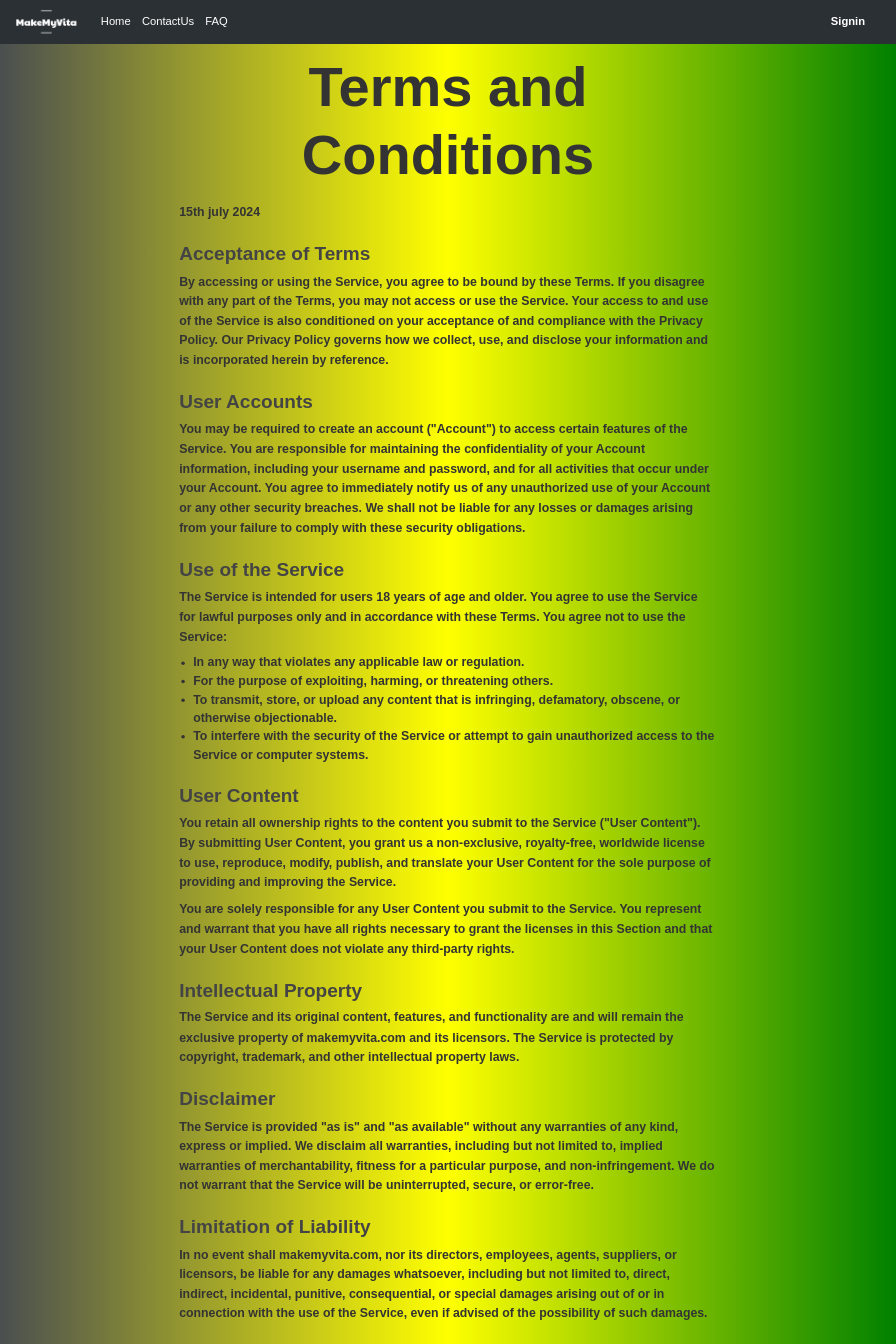
Repository: Tejaakshaykumar/MakeMyVita-Resume-Builder-Website
Page: /T&C (app in frontend/)
These files come from the project's save history. The page is drawn as it stood at one moment and after a run of saves; the edit follows.
The browser window is 1280 px wide. The pictures show the part of the page from y = 0 to 1920 px (the page is 2936 px tall), at 70% of full size.
Some web libraries are served in a nearby version. The project was rebuilt for these pictures with package versions that can differ from the ones it lists, and the page was loaded fresh each time. Also part of the build but not shown: frontend/src/App.css, frontend/src/containers/About.js, frontend/src/containers/Buildresume.js, frontend/src/containers/Images.js, frontend/src/containers/Features.js, frontend/src/containers/Review.js, frontend/src/containers/Trybox.js, frontend/src/containers/Motionbox.js and 5 more.

Above is the page before, as saved 2024-06-10 11:44:43.

### frontend/public/index.html
<!DOCTYPE html>
<html lang="en">
  <head>
    <meta charset="utf-8" />
    <link rel="icon" href="%PUBLIC_URL%/favicon.ico" />
    <meta name="viewport" content="width=device-width, initial-scale=1" />
    <meta name="theme-color" content="#000000" />
    <meta
      name="description"
      content="Web site created using create-react-app"
    />
    <link rel="apple-touch-icon" href="%PUBLIC_URL%/logo192.png" />
    <!--
      manifest.json provides metadata used when your web app is installed on a
      user's mobile device or desktop. See https://developers.google.com/web/fundamentals/web-app-manifest/
    -->
    <link rel="manifest" href="%PUBLIC_URL%/manifest.json" />
    <link rel="stylesheet" href="https://stackpath.bootstrapcdn.com/bootstrap/4.5.2/css/bootstrap.min.css">
  <link rel="stylesheet" href="https://stackpath.bootstrapcdn.com/font-awesome/4.7.0/css/font-awesome.min.css">
  <link href="https://cdn.jsdelivr.net/npm/bootstrap@5.3.3/dist/css/bootstrap.min.css" rel="stylesheet" integrity="sha384-QWTKZyjpPEjISv5WaRU9OFeRpok6YctnYmDr5pNlyT2bRjXh0JMhjY6hW+ALEwIH" crossorigin="anonymous">
  <link href="https://cdn.jsdelivr.net/npm/bootstrap-icons@1.7.2/font/bootstrap-icons.css" rel="stylesheet">
    <!--
      Notice the use of %PUBLIC_URL% in the tags above.
      It will be replaced with the URL of the `public` folder during the build.
      Only files inside the `public` folder can be referenced from the HTML.

      Unlike "/favicon.ico" or "favicon.ico", "%PUBLIC_URL%/favicon.ico" will
      work correctly both with client-side routing and a non-root public URL.
      Learn how to configure a non-root public URL by running `npm run build`.
    -->
    <title>React App</title>
  </head>
  <body>
    <noscript>You need to enable JavaScript to run this app.</noscript>
    <div id="root"></div>
    <!--
      This HTML file is a template.
      If you open it directly in the browser, you will see an empty page.

      You can add webfonts, meta tags, or analytics to this file.
      The build step will place the bundled scripts into the <body> tag.

      To begin the development, run `npm start` or `yarn start`.
      To create a production bundle, use `npm run build` or `yarn build`.
    -->
  </body>
  <script src="https://cdn.jsdelivr.net/npm/bootstrap@5.3.3/dist/js/bootstrap.bundle.min.js" integrity="sha384-YvpcrYf0tY3lHB60NNkmXc5s9fDVZLESaAA55NDzOxhy9GkcIdslK1eN7N6jIeHz" crossorigin="anonymous"></script>
</html>

### frontend/src/containers/Navbar.js
import React from 'react';
import { useNavigate } from 'react-router-dom';
import logo from '../images/HubSpot Brand Kit/Logo/PNG/main-logo-white-transparent.png';
export default function Navbar() {
  const navigate = useNavigate();
  const handleSigninClick = () => {
    navigate('/signin');
  };
  return (
    <div>

      <nav className="navbar fixed-top navbar-expand-lg bg-body-tertiary" data-bs-theme="dark" >
      <div className="container-fluid" >
        <a className="navbar-brand" href="/">
        <img src={logo} alt="Logo" style={{height:'5vh',width:'15vh',objectFit:'cover'}} />
        </a>
        <button
          className="navbar-toggler"
          type="button"
          data-bs-toggle="collapse"
          data-bs-target="#navbarSupportedContent"
          aria-controls="navbarSupportedContent"
          aria-expanded="false"
          aria-label="Toggle navigation"
        >
          <span className="navbar-toggler-icon" />
        </button>
        <div className="collapse navbar-collapse" id="navbarSupportedContent">
          <ul className="navbar-nav me-auto mb-2 mb-lg-0">
            <li className="nav-item">
              <a className="nav-link active" aria-current="page" href="/">
                Home
              </a>
            </li>
            <li className="nav-item">
              <a className="nav-link active" aria-current="page" href="#">
                ContactUs
              </a>
            </li>
            <li className="nav-item">
              <a className="nav-link active" aria-current="page" href="/FAQ">
                FAQ
              </a>
            </li>
          </ul>
          <form className="d-flex">
            <button className=" btn btn-outline-success custom-btn" type="submit" onClick={handleSigninClick}>
            &nbsp;&nbsp;&nbsp;&nbsp;&nbsp;Signin&nbsp;&nbsp;&nbsp;&nbsp;&nbsp;
            </button>
          </form>
        </div>
      </div>
    </nav>

    </div>
  );
}

### frontend/src/containers/Foot.js
import React from 'react';
import './cont.css'; // Import the CSS file

export default function Foot() {
  return (
    <footer>
      <div className="footer-container ">
        <ul className="footer-nav">
        <li className="nav-item">
            <a className="nav-link" href="/aboutus">
              ABOUT US
            </a>
          </li>
          <>|</>
          <li className="nav-item">
            <a className="nav-link" href="/T&C">
              TERMS & CONDITIONS
            </a>
          </li>
          <>|</>
        <li className="nav-item">
            <a className="nav-link" href="/privacy">
              PRIVACY POLICY
            </a>
          </li>
          <>|</>
          <li className="nav-item">
            <a className="nav-link" href="#">
              CONTACT US
            </a>
          </li>
          <>|</>
          <li className="nav-item">
            <a className="nav-link" href="/FAQ">
              FAQs
            </a>
          </li>
        </ul>
        <div class="social-icons">
        <a href="https://www.facebook.com" target="_blank" aria-label="Facebook">
          <i class="bi bi-facebook"></i>
        </a>
        <a href="https://www.instagram.com" target="_blank" aria-label="Instagram">
          <i class="bi bi-instagram"></i>
        </a>
        <a href="https://www.pinterest.com" target="_blank" aria-label="Pinterest">
          <i class="bi bi-pinterest"></i>
        </a>
        <a href="https://www.youtube.com" target="_blank" aria-label="YouTube">
          <i class="bi bi-youtube"></i>
        </a>
        <a href="https://www.linkedin.com" target="_blank" aria-label="LinkedIn">
          <i class="bi bi-linkedin"></i>
        </a>
        <a href="https://www.twitter.com" target="_blank" aria-label="Twitter">
          <i class="bi bi-twitter"></i>
        </a>
      </div>
      <div className="footer-copy">
          &copy; 2024 developed by Teja Akshay Kumar
      </div>
      </div>
    </footer>
  );
}

### frontend/src/containers/cont.css
/* navbar */
.custom-btn {
  color: white;
}
.custom-btn:hover {
  color: black;
  background-color: white;
}

.footer-container {
  height: 25vh;
  width: 100%;
  background-color: rgb(0, 0, 0);
  color: white;
  display: flex;
  flex-direction: column;
  align-items: center;
  /* padding-bottom: 3%; */
  /* justify-content: center; */
}

.footer-nav {
  display: flex;
  list-style: none;
  padding-top: 30px;
  margin: 0;
}

.footer-nav .nav-item {
  margin: 0 50px;
}

.footer-nav .nav-item .nav-link {
  color: white;
  text-decoration: none;
  /* text-transform: uppercase; */
  /* text-decoration: underline; */
}

.footer-nav .nav-item .nav-link:hover {
  text-decoration: underline;
}

.footer-copy {
  /* padding-top: 5%; */
  text-align: center;
  font-size: large;
  font-weight: 500;
  /* padding-bottom: 3%; */
}

.social-icons {
  display: flex;
  justify-content: center;
  gap: 40px;
  padding: 40px;
  /* background-color: #f0f0f0; */
}

.social-icons a {
  color: #ffffff;
  font-size: 24px;
  text-decoration: none;
}

.social-icons a:hover {
  color: #007bff;
}

/* Features */

.feature-component {
  height: 90vh;
  width: 100%;
  display: flex;
  justify-content: flex-start;
  flex-wrap: wrap;
  margin-top: 10%;
  padding-left: 8%;
  padding-right: 8%;
}
.feature {
  flex: 1 1 30%;
  box-sizing: border-box;
  padding: 20px;
  margin: 10px;
  text-align: center;
  background-color: #fff;
  border-radius: 8px;
  /* box-shadow: 0 4px 8px rgba(0, 0, 0, 0.1); */
}

.feature img {
  width: 60px;
  height:80px;
  margin-bottom: 10px;
}

.feature h3 {
  font-size: 1.5em;
  margin-bottom: 10px;
  font-weight: 500;
  font-family:'Franklin Gothic Medium', 'Arial Narrow', Arial, sans-serif;
}

.feature p {
  font-size: 1.3em;
  color: #666;
  font-weight: 400;
  font-family: 'Gill Sans', 'Gill Sans MT', Calibri, 'Trebuchet MS', sans-serif;
}

.feature:hover {
  background: linear-gradient(to right, #fd4908, #1e90ff);
  box-shadow: black;
  border-radius: 5%;
  color: rgb(255, 255, 255);
}

.feature:hover h3,
.feature:hover p {
  color: rgb(255, 255, 255);
}

/* About */
.resume-builder-container {
  display: flex;
  flex-direction: row;
  justify-content: space-between;
  align-items: center;
  padding: 10vh;
  /* background-color: #fff; */
  background: linear-gradient(to right, #84eefc, #ffffff, #ffffff);
  /* background:linear-gradient(to left, #00e1ff,#ffffff, #ffffff); */
  /* border: 1px solid #ddd; */
  /* border-radius: 8px; */
  /* box-shadow: 0 2px 4px rgba(0, 0, 0, 0.1); */
  height: 80vh;
}

.resume-builder-container1 {
  display: flex;
  flex-direction: row;
  justify-content: space-between;
  align-items: center;
  padding: 10vh;
  height: 80vh;
  background: linear-gradient(to top, #ffffff, #59CE8F,#E8F9FD, #ffffff);
}

/* .resume-builder-image {
    -webkit-mask-image: radial-gradient(circle, rgba(0, 0, 0, 1) 50%, rgba(0, 0, 0, 0) 90%);
    mask-image: radial-gradient(circle, rgba(0, 0, 0, 1) 50%, rgba(0, 0, 0, 0) 90%);
  }
   */
.resume-builder-content {
  max-width: 60%;
  padding: 10%;
}

.resume-builder-content1 {
  max-width: 70%;
  padding: 10%;
}

.resume-builder-content h1 {
  font-size: 4em;
  color: #333;
  margin-bottom: 10px;
  font-family: "Franklin Gothic Medium", "Arial Narrow", Arial, sans-serif;
  text-align: left;
}

.resume-builder-content p {
  font-size: 1.4em;
  font-weight: 400;
  color: #666;
  line-height: 1.5;
  margin-bottom: 20px;
  /* padding-left: 2%; */
  /* text-align: center; */
}

.resume-builder-content1 h1 {
  font-size: 4em;
  color: #333;
  margin-bottom: 10px;
  font-family: "Franklin Gothic Medium", "Arial Narrow", Arial, sans-serif;
  text-align: left;
}

.resume-builder-content1 p {
  font-size: 1.4em;
  font-weight: 400;
  color: #666;
  line-height: 1.5;
  margin-bottom: 20px;
  /* padding-left: 2%; */
  /* text-align: center; */
}

.aboutbutton {
  height: 6vh;
  width: 27%;
  margin-left: 20%;
  margin-top: 2%;
  text-align: center;
  font-weight: 500;
  border-radius: 7px;
  color: #ffffff;
  font-weight: 700;
  transition: background 0.3s ease;
  /* border-style:solid; */
  border-color: white;
  background: #3e14fc;
  box-shadow: 0 2px 6px rgba(24, 23, 23, 0.801);
  /* box-shadow: #3e14fc; */
}
.aboutbutton:hover {
  transition: background 0.3s ease;
  border-style: solid;
  background: linear-gradient(to right, #ffd000, #ff0000);
  box-shadow: #3e14fc;
}

.create-now-button {
  background-color: #00b0ff;
  color: #fff;
  border: none;
  padding: 10px 20px;
  font-size: 1em;
  border-radius: 5px;
  cursor: pointer;
}

.create-now-button:hover {
  background-color: #008cba;
}

.resume-builder-image {
  max-width: 40%;
}

.resume-builder-image img {
  max-width: 100%;
  height: auto;
  border-radius: 8px;
}

.text-gradient {
  background: linear-gradient(to right, #ff7f50, #1e90ff);
  -webkit-background-clip: text;
  -webkit-text-fill-color: transparent;
  background-clip: text;
  color: transparent;
}

.icon-container {
  width: 100%;
  height: 100px;
  overflow: hidden;
  white-space: nowrap;
  position: relative;
  background-color: #ffffff;
  padding-bottom: 25px;
}

.icons {
  display: inline-block;
  animation: moveIcons 40s linear infinite;
}

.icons img {
  font-size: 24px;
  margin: 0 15px; /* Add some margin between icons */
  color: #333;
  /* width: 100px; Adjust the size as needed */
  height: 50px;
}

@keyframes moveIcons {
  0% {
    transform: translateX(70%);
  }
  100% {
    transform: translateX(-100%);
  }
}

.try {
  height: 30vh;
  width: 100%;
  background-image: url("C:/Users/tejaa/Downloads/pexels-magda-ehlers-pexels-1279813.jpg");
  background-size: cover;
  align-items: center;
  display: flex;
  flex-direction: column;
  justify-content: center;
  margin-bottom: 7vh;
  margin-top: 5vh;
}

.try h2 {
  font-size: 280%;
  color: antiquewhite;
  text-shadow: 5px 5px 3px rgba(0, 0, 0, 0.3);
}
.try button {
  height: 4vh;
  width: 15%;
  font-weight: 700;
  border-radius: 5cm;
  color: blanchedalmond;
  border: #ffffff;
  background: linear-gradient(to right, #fd0808, #a51eff);
}

/* Review */
/* Styles for the main container */
/* Swiper specific styles */
/* #App {
  height: 100%;
}
html,
body {
  position: relative;
  height: 100%;
}

body {
  background: #eee;
  font-family: Helvetica Neue, Helvetica, Arial, sans-serif;
  font-size: 14px;
  color: #000;
  margin: 0;
  padding: 0;
} */
.swiper-container {
  /* position: relative; */
  height: 30vh;
  background: #ffffff;
  font-family: Helvetica Neue, Helvetica, Arial, sans-serif;
  font-size: 14px;
  color: #000;
  margin: 30px;
  padding: 10px;
  display: flex;
  flex-direction: row;
  justify-content: center;
}

.swiper {
  width: 100%;
  height: 100%;
}

.swiper-slide {
  text-align: center;
  font-size: 18px;
  background: #ffffff;
  display: flex;
  justify-content: center;
  align-items: center;
  padding-top: 20%;
  /* margin: 5%; */
}

.swiper-slide img {
  display: block;
  width: 100%;
  height: 100%;
  object-fit: cover;
}

.autoplay-progress {
  position: absolute;
  right: 16px;
  bottom: 16px;
  z-index: 10;
  width: 48px;
  height: 48px;
  display: flex;
  align-items: center;
  justify-content: center;
  font-weight: bold;
  color: var(--swiper-theme-color);
}

.autoplay-progress svg {
  --progress: 0;
  position: absolute;
  left: 0;
  top: 0px;
  z-index: 10;
  width: 100%;
  height: 100%;
  stroke-width: 4px;
  stroke: var(--swiper-theme-color);
  fill: none;
  stroke-dashoffset: calc(125.6px * (1 - var(--progress)));
  stroke-dasharray: 125.6;
  transform: rotate(-90deg);
}

### frontend/src/pages/pagestyles.css
/* TandC */

.tandc-container {
    max-width: 100%;
    /* margin: 0 auto; */
    padding: 6% 20%;
    font-family: Arial, sans-serif;
    background: linear-gradient(to right,rgb(74, 79, 80),yellow,green);
    color: #333;
    /* margin-top: 7%; */
    margin-bottom: -2%;

  }

  .tandc-container h1 {
    text-align: center;
    margin-bottom: 20px;
    font-weight: 700;
    font-size: 5rem;
  }

  .tandc-container h2 {
    margin-top: 30px;
    color: #444;
    font-weight: 700;
    font-size: 1.7rem;
  }

  .tandc-container p {
    line-height: 1.6;
    font-weight: 600;
    font-size: 1.1rem;
  }

  .tandc-container ul {
    list-style-type: disc;
    padding-left: 20px;
    font-weight: 600;
    font-size: 1.1rem;
  }

  .tandc-container a {
    color: #1a73e8;
    text-decoration: none;
  }

  .tandc-container a:hover {
    text-decoration: underline;
  }


  /* Privacy */
  .privacy-container {
    max-width: 800px;
    margin: 0 auto;
    padding: 20px;
    font-family: 'Arial', sans-serif;
    color: #333;
    line-height: 1.6;
    background-color: #fff;
    border-radius: 8px;
    box-shadow: 0 0 10px rgba(0, 0, 0, 0.1);
  }

  h1 {
    text-align: center;
    color: #333;
    font-size: 2.5rem;
    margin-bottom: 20px;
  }

  h2 {
    color: #444;
    font-size: 1.75rem;
    margin-top: 20px;
  }

  h3 {
    color: #555;
    font-size: 1.5rem;
    margin-top: 15px;
  }

  p {
    margin-bottom: 10px;
  }

  ul {
    list-style-type: disc;
    padding-left: 20px;
  }

  a {
    color: #1a73e8;
    text-decoration: none;
  }

  a:hover {
    text-decoration: underline;
  }

  @media (max-width: 600px) {
    .privacy-container {
      padding: 10px;
    }

    h1 {
      font-size: 2rem;
    }

    h2 {
      font-size: 1.5rem;
    }

    h3 {
      font-size: 1.25rem;
    }
  }

  /* Aboutus */
  .about-container {
    font-family: 'Arial', sans-serif;
    color: #fff;
    max-width: 1200px;
    margin: 0 auto;
    padding: 20px;
    background-color: #000; /* For overall contrast, adjust as needed */
  }

  .about-top {
    position: relative;
    text-align: center;
    color: white;
  }

  .about-image {
    width: 100%;
    height: auto;
    border-radius: 10px;
    opacity: 0.8;
  }

  .about-content {
    position: absolute;
    top: 50%;
    left: 50%;
    transform: translate(-50%, -50%);
    background-color: rgba(0, 0, 0, 0.5); /* Semi-transparent background */
    padding: 20px;
    border-radius: 10px;
    max-width: 90%;
    text-align: left;
  }

  .about-content h1 {
    font-size: 3rem;
    margin-bottom: 10px;
  }

  .about-content p {
    font-size: 1.2rem;
  }

  .about-bottom {
    background-color: #222;
    padding: 40px;
    border-radius: 10px;
    margin-top: 20px;
  }

  .about-bottom h2 {
    font-size: 2rem;
    margin-bottom: 20px;
  }

  .about-bottom p,
  .about-bottom ul {
    font-size: 1.2rem;
    line-height: 1.6;
  }

  .about-bottom ul {
    list-style-type: disc;
    padding-left: 20px;
  }

  .about-bottom h3 {
    font-size: 1.5rem;
    margin-top: 20px;
  }

  @media (max-width: 768px) {
    .about-content h1 {
      font-size: 2rem;
    }

    .about-content p {
      font-size: 1rem;
    }

    .about-bottom h2 {
      font-size: 1.5rem;
    }

    .about-bottom p,
    .about-bottom ul {
      font-size: 1rem;
    }
  }

  /* FAQ */
  /* styles.css */

/* body, html {
  margin: 0;
  padding: 0;
  font-family: Arial, sans-serif;
  background-color: #f7f7f7;
}

.app {
  display: flex;
  justify-content: center;
  align-items: center;
  min-height: 100vh;
  padding: 20px;
} */

.faq-container {
  background-color: white;
  padding: 20px;
  border-radius: 8px;
  max-width: 800px;
  width: 100%;
  box-shadow: 0 4px 8px rgba(0, 0, 0, 0.1);
}

.faq-container h1 {
  text-align: center;
  margin-bottom: 20px;
}

.faq-container input {
  width: 100%;
  padding: 10px;
  margin-bottom: 20px;
  border: 1px solid #ccc;
  border-radius: 4px;
}

.faq-list {
  max-height: 500px;
  overflow-y: auto;
}

.faq-item {
  border-bottom: 1px solid #eee;
  padding: 10px 0;
}

.faq-question {
  cursor: pointer;
  font-weight: bold;
}

.faq-answer {
  margin-top: 10px;
}

.related-articles {
  margin-top: 10px;
}

.related-articles h4 {
  margin-bottom: 5px;
}

.related-articles ul {
  padding-left: 20px;
  margin: 0;
}

.related-articles li {
  list-style-type: disc;
}



  /* Dashboard */
  body {
    font-family: Arial, sans-serif;
  }

  .sidebar {
    position: fixed;
    top: 0;
    bottom: 0;
    left: 0;
    z-index: 100;
    padding: 48px 0 0;
    box-shadow: inset -1px 0 0 rgba(0, 0, 0, .1);
  }

  .sidebar .nav-link {
    font-weight: 500;
    color: #333;
  }

  .sidebar .nav-link.active {
    color: #007bff;
  }

  .sidebar .nav-link:hover {
    color: #007bff;
  }

  .sidebar .sidebar-title {
    padding: 16px;
    font-size: 1.5rem;
    text-align: center;
  }

  .sidebar-footer {
    position: absolute;
    bottom: 0;
    width: 100%;
    padding: 16px;
    text-align: center;
  }

  .sidebar-footer .nav-link {
    color: #007bff;
  }

  .sidebar-footer .nav-link:hover {
    color: #0056b3;
  }

  .badge-new {
    background-color: #28a745;
    color: white;
    padding: 4px 8px;
    border-radius: 12px;
  }

  .card {
    margin-bottom: 1.5rem;
  }

  .card-title {
    font-size: 1.5rem;
    font-weight: bold;
  }

  .alert {
    margin-bottom: 0;
    font-size: 0.875rem;
  }

  @media (max-width: 767.98px) {
    .sidebar {
      position: relative;
      width: 100%;
      height: auto;
    }

    .sidebar .nav-link {
      font-size: 0.875rem;
    }
  }


  /* Signin */


  .signin {
    /* background: linear-gradient(45deg, #a1c4fd, #c2e9fb); */
    font-family: 'Arial', sans-serif;
    /* background:linear-gradient(to top,#000000,#5A72A0,#83B4FF,#FDFFE2); */
    background:linear-gradient(to top,#000000,#243763);
    /* background:linear-gradient(to top,#000000,#E96479,#F5E9CF,#c4fffd); */

    height: 100vh;
    display: flex;
    justify-content: center;
    align-items: center;
    margin-bottom: -2%;
  }

  .signin-container {
    text-align: center;

  }

  .signin-box {
    background: #fff;
    padding: 40px;
    border-radius: 8px;
    box-shadow: 0px 0px 20px rgba(0, 0, 0, 0.301);
    width: 500px;
    max-width: 90%;
  }

  .signin-header h2 {
    font-size: 24px;
    font-weight: 700;
    margin-bottom: 10px;
  }

  .signin-header p {
    font-size: 14px;
    color: #777;
    margin-bottom: 20px;
  }

  .form-group {
    margin-bottom: 15px;
  }

  .form-group label {
    display: block;
    text-align: left;
    margin-bottom: 5px;
  }

  .form-control {
    width: 100%;
    padding: 10px;
    border: 1px solid #ccc;
    border-radius: 4px;
    box-sizing: border-box;
  }

  .input-group {
    display: flex;
    align-items: center;
  }

  .input-group-append {
    background: #fff;
    border: 1px solid #ccc;
    border-left: 0;
    padding: 10px;
    border-radius: 0 4px 4px 0;
    cursor: pointer;
  }

  .form-check {
    display: flex;
    align-items: center;
    justify-content: space-between;
    margin: 20px 0;
  }

  .form-check-input {
    margin-right: 10px;
  }

  .form-check-label {
    margin-right: auto;
  }

  .forgot-password {
    color: #000;
    text-decoration: none;
  }

  .btn {
    width: 100%;
    padding: 10px;
    border: none;
    border-radius: 4px;
    cursor: pointer;
    font-size: 16px;
    font-weight: bold;
  }

  .btn-primary {
    background: #000;
    color: #fff;
  }

  .or-use {
    margin: 20px 0;
  }

  .or-use span {
    background: #fff;
    padding: 0 10px;
    color: #777;
  }

  .social-login {
    display: flex;
    justify-content: center;
    margin: 20px 0;
  }

  .social-login button {
    margin: 0 10px;
    width: 50px;
    height: 50px;
    border-radius: 50%;
    border: 1px solid #ccc;
    display: inline-flex;
    justify-content: center;
    align-items: center;
    background: #fff;
    cursor: pointer;
  }

  footer {
    margin-top: 20px;
  }

  footer p {
    font-size: 14px;
    color: #777;
  }

Loaded but not shown: frontend/src/index.js (common file); frontend/src/index.css (common file); frontend/src/reportWebVitals.js (common file); frontend/src/pages/TandC.js (106 lines, source omitted); frontend/src/App.js (99 lines, source omitted)

After the next 2 saves:
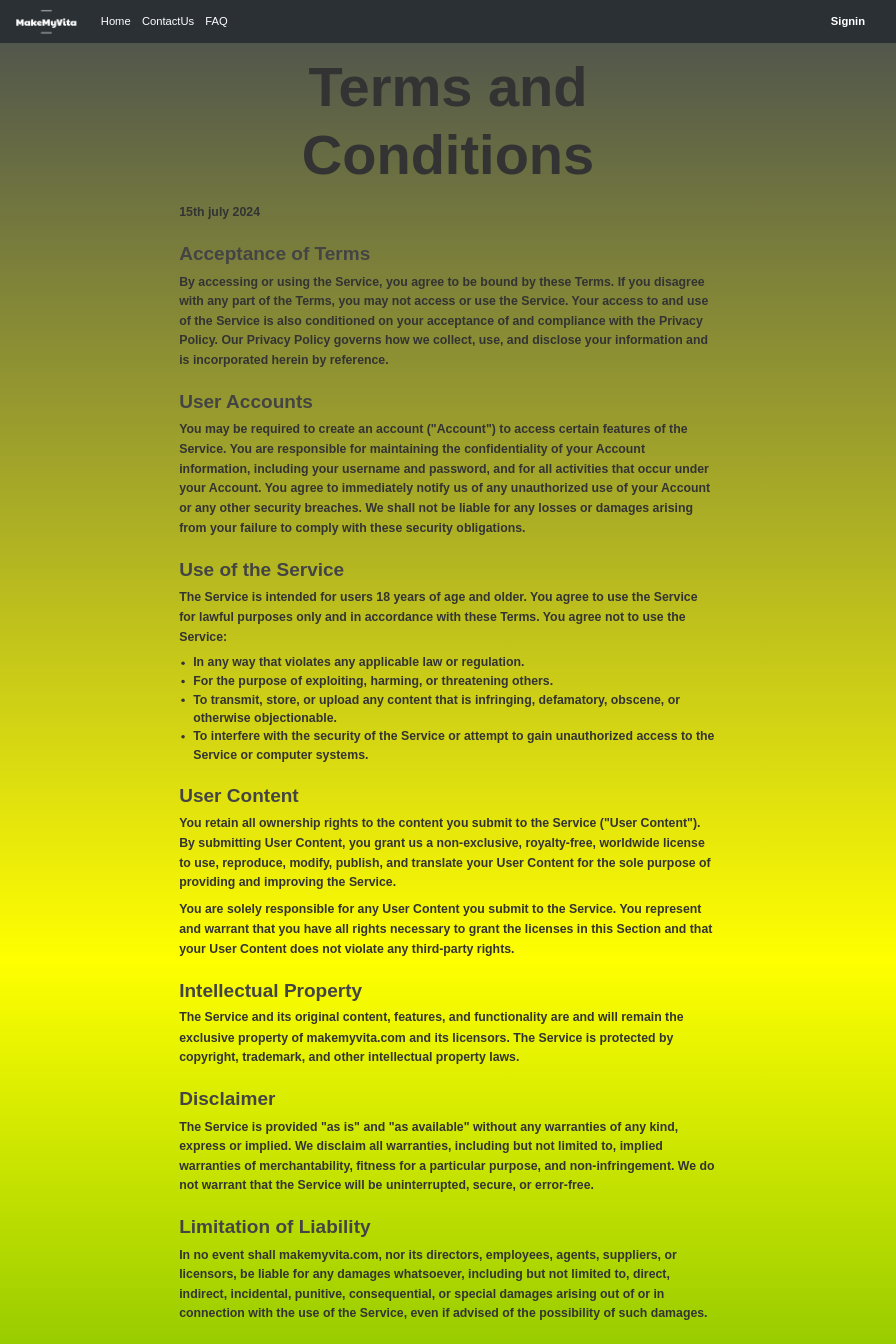
The 2 saves are shown as one change because they came seconds apart.
The last was saved 9 s later.
--- a/frontend/src/pages/pagestyles.css
+++ b/frontend/src/pages/pagestyles.css
@@ -5,7 +5,7 @@
     /* margin: 0 auto; */
     padding: 6% 20%;
     font-family: Arial, sans-serif;
-    background: linear-gradient(to right,rgb(74, 79, 80),yellow,green);
+    background: linear-gradient(to bottom,rgb(74, 79, 80),yellow,green);
     color: #333;
     /* margin-top: 7%; */
     margin-bottom: -2%;
